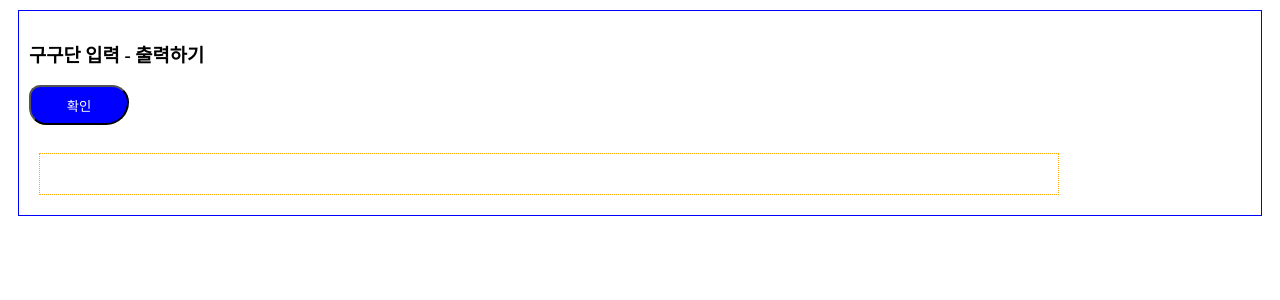
Repository: seonyeob94/BasicWeb
Page: webpro/src/main/webapp/0318/나머지매개변수.html
An editor plug-in stored every save of this project. The page is shown before and after the next save, followed by the edit.
The browser window is 1280 px wide. The pictures show the whole page.

Above is the page before, as saved 2025-03-18 02:09:27.

After the next save:
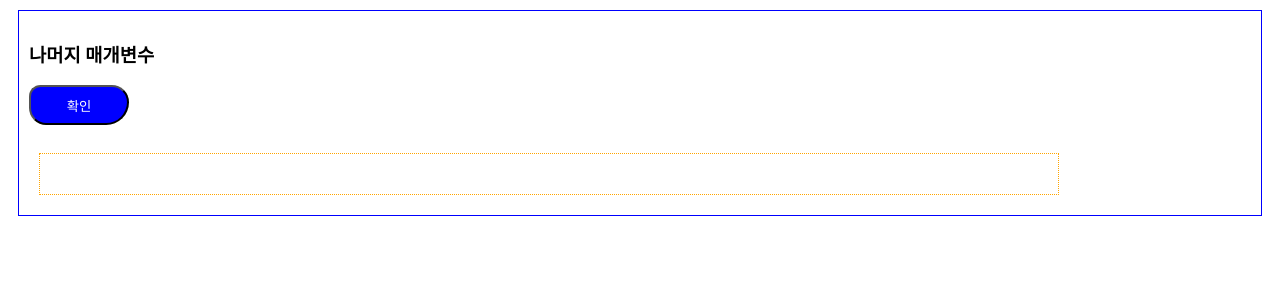
Saved 68 s later.
--- a/webpro/src/main/webapp/0318/나머지매개변수.html
+++ b/webpro/src/main/webapp/0318/나머지매개변수.html
@@ -4,10 +4,15 @@
 <meta charset="UTF-8">
 <title>Insert title here</title>
 <link rel="stylesheet" href="../css/public.css">
+<script type="text/javascript">
+const proc1 = () =>{
+
+}
+</script>
 </head>
 <body>
 <div class="box">
-  <h3>구구단 입력 - 출력하기</h3>
+  <h3>나머지 매개변수</h3>
 
   <input type="button" value="확인" onclick="proc1()">
   <br><br>
